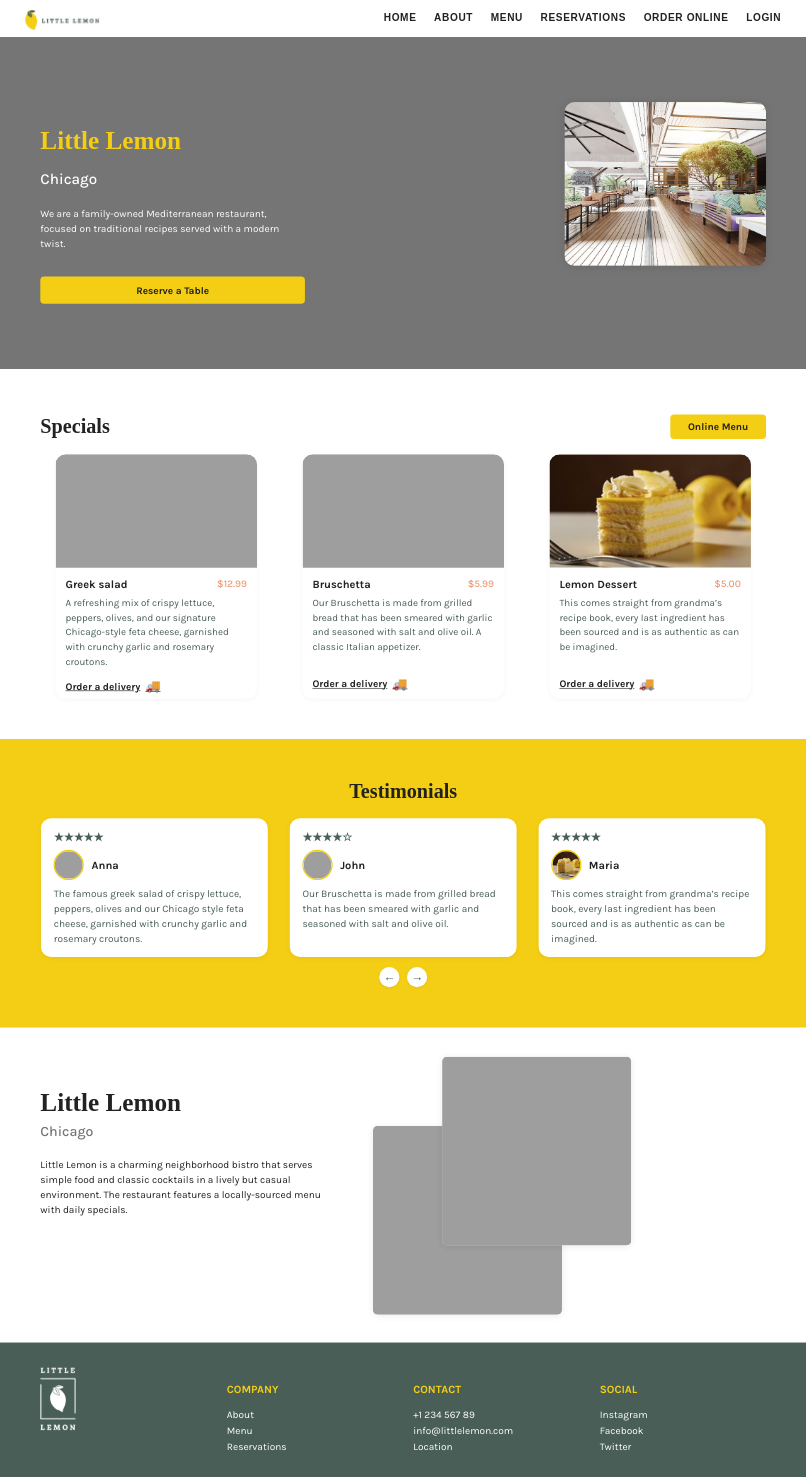
Repository: mrtseven/capstone-little-lemon-mrt
Page: /
The author's editor kept a copy of each file at every save. The page is drawn from the files as they stood at one save, then again after a run of saves.
The browser window is 1280 px wide. The pictures show the whole page, at 63% of full size.
Pictures or frames that could not be fetched are drawn as grey boxes. Some web fonts or font styles are not loaded; a fallback is used. The project was rebuilt for these pictures with package versions that can differ from the ones it lists, and the page was loaded fresh each time. Also part of the build but not shown: src/pages/About.jsx, src/pages/Menu.jsx, src/components/ReservationForm.jsx, src/bookingsAPI.js, src/components/ConfirmedReservation.jsx, src/pages/Reservations.jsx, src/pages/Order.jsx, src/pages/Login.jsx.

Above is the page before, as saved 2025-07-28 18:17:44.

After the next 2 saves:
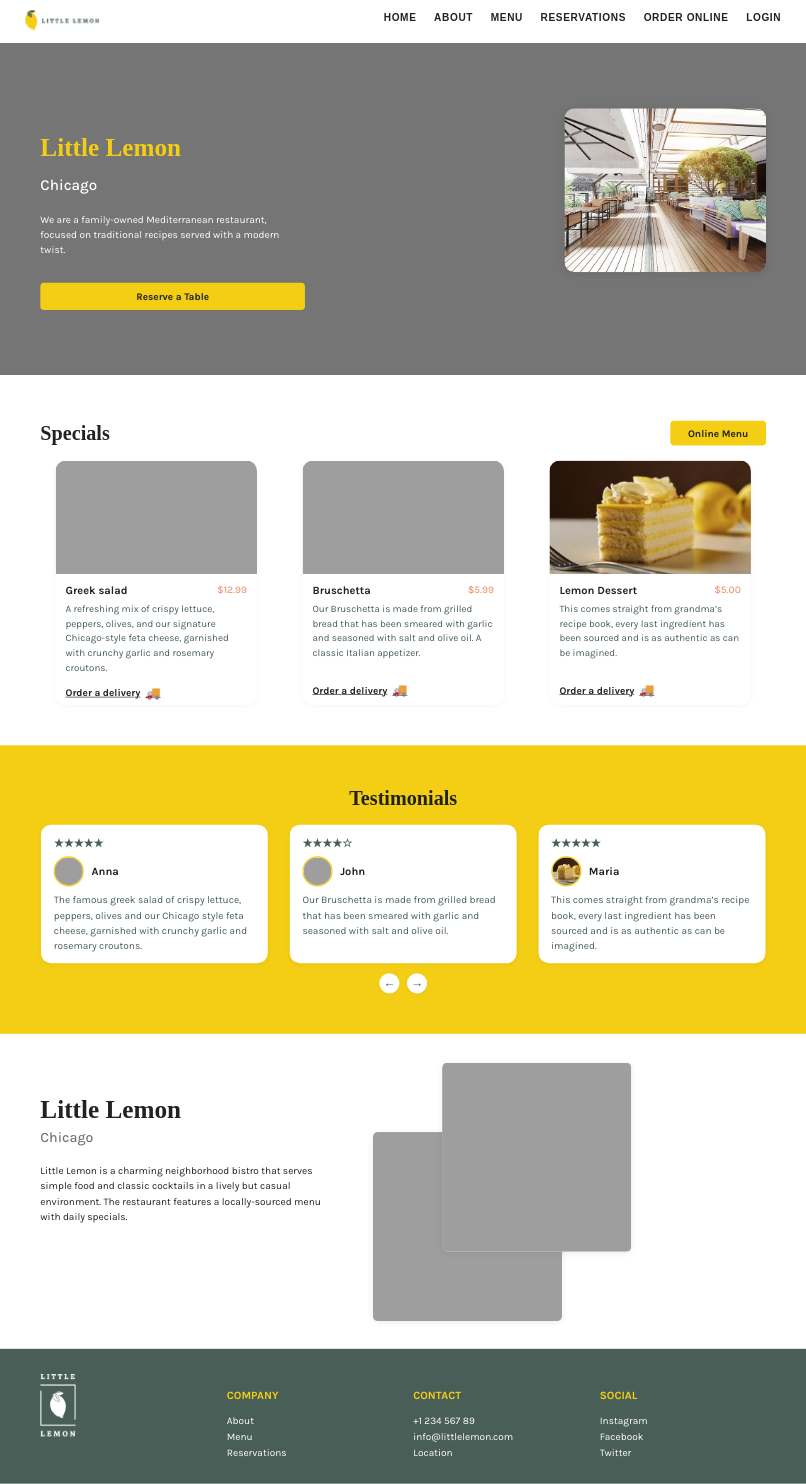
The 2 saves are shown as one change because they came seconds apart.
The last was saved 9 s later.
--- a/src/App.css
+++ b/src/App.css
@@ -133,7 +133,7 @@ p {
   align-items: center;
   justify-content: space-between;
   background: #fff;
-  padding: 16px 40px 10px 40px; /* Top/Bottom, Left/Right */
+  padding: 16px 40px 20px 40px;
   font-family: 'Arial', sans-serif;
 
 }
